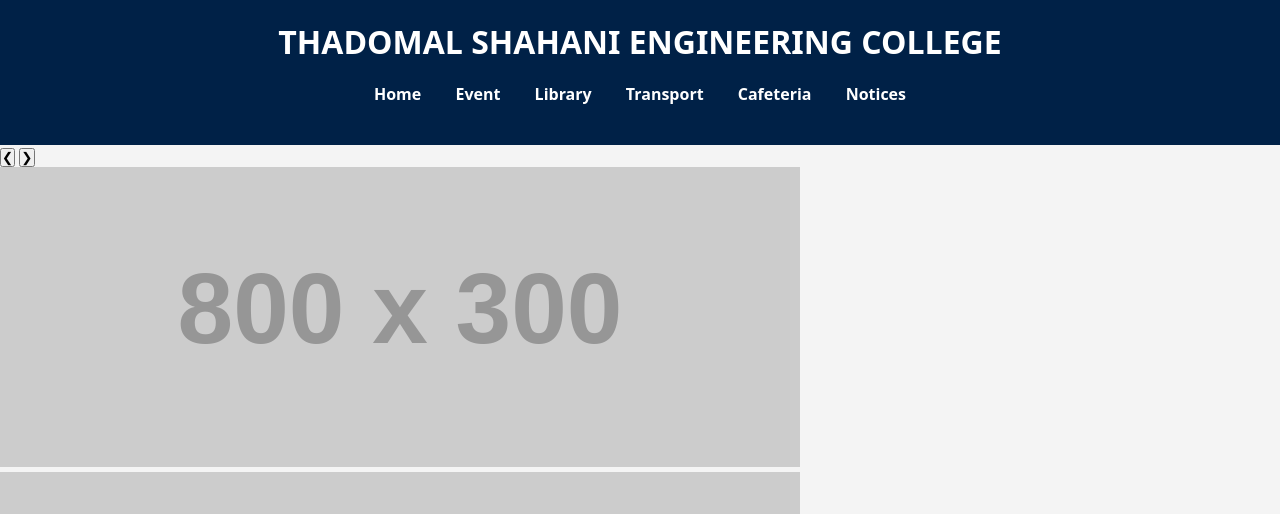
Repository: TejasS1233/MINITHON-hackathon-project
Page: Omar.html
These files come from the project's save history. The page is drawn as it stood at one moment and after the next save; the edit follows.
The browser window is 1280 px wide. The pictures show the part of the page from y = 0 to 514 px (the page is 2245 px tall before and 1308 px after).
A picture or video elsewhere on the page could not be fetched, so the positions and the page height are approximate.

Above is the page before, as saved 2024-09-20 10:05:18.

### Omar.html
<!DOCTYPE html>
<html lang="en">

<head>
    <meta charset="UTF-8">
    <meta name="viewport" content="width=device-width, initial-scale=1.0">
    <title>HOME | TSEC</title>
    <link rel="icon" href="favicon.ico" type="image/x-icon">
    <link rel="stylesheet" href="styles.css">
    <link rel="preconnect" href="https://fonts.googleapis.com">
    <link rel="preconnect" href="https://fonts.gstatic.com" crossorigin>
    <link
        href="https://fonts.googleapis.com/css2?family=Roboto:ital,wght@0,100;0,300;0,400;0,500;0,700;0,900;1,100;1,300;1,400;1,500;1,700;1,900&display=swap"
        rel="stylesheet">
    <style>
        body {
            font-family: system-ui, -apple-system, BlinkMacSystemFont, 'Segoe UI', Roboto, Oxygen, Ubuntu, Cantarell, 'Open Sans', 'Helvetica Neue', sans-serif;
            background-color: #f4f4f4;
            margin: 0;
            padding: 0;
        }

        header {
            background-color: #002147;
            color: white;
            padding: 20px;
            text-align: center;
        }

        nav {
            margin: 20px 0;
        }

        nav a {
            margin: 0 15px;
            color: #ffffff;
            font-weight: bold;
            text-decoration: none;
        }

        .container {
            width: 80%;
            margin: auto;
            padding: 20px;
            background: white;
            border-radius: 8px;
            box-shadow: 0 2px 10px rgba(0, 0, 0, 0.1);
        }

        a {
            color: #000000;
            text-decoration: none;
        }

        .card {
            background: #e7f3fe;
            border: 1px solid #b1d4fe;
            border-radius: 8px;
            margin: 20px 0;
            padding: 15px;
        }

        footer {
            text-align: center;
            padding: 10px 0;
            background-color: #002147;
            color: white;
            position: relative;
            bottom: 0;
            width: 100%;
        }
    </style>
</head>

<body>

    <header>
        <h1>THADOMAL SHAHANI ENGINEERING COLLEGE</h1>
        <nav>
            <a href="#">Home</a>
            <a href="#">Event</a>
            <a href="#">Library</a>
            <a href="#">Transport</a>
            <a href="#">Cafeteria</a>
            <a href="#">Notices</a>
        </nav>
    </header>

    <div class="slider">
        <button class="prev" onclick="changeSlide(-1)">&#10094;</button>
        <button class="next" onclick="changeSlide(1)">&#10095;</button>
        <div class="slides">
            <div class="slide"><img src="https://via.placeholder.com/800x300?text=Slide+1" alt="Slide 1"></div>
            <div class="slide"><img src="https://via.placeholder.com/800x300?text=Slide+2" alt="Slide 2"></div>
            <div class="slide"><img src="https://via.placeholder.com/800x300?text=Slide+3" alt="Slide 3"></div>
        </div>
    </div>

    <div class="container">
        <h2>Welcome to TSEC campus Dashboard</h2>

        <div class="card">
            <h3>Ongoing Events</h3>
            <h4><a href="#">➤ CSI - MINITHON 2.0</a></h4>
            <p>Build a front-end website from the ground up! - <span style="font-weight: bold;">20th September
                    2024</span></p>
            <h4><a href="#">➤ CSI - Rapid Room</a></h4>
            <p>Teams will solve clues leading to different locations - <span style="font-weight: bold;">20th September
                    2024</span></p>
            <h4><a href="#">➤ CSI - Escape Room</a></h4>
            <p>Solve puzzle and uncover secrets - <span style="font-weight: bold;">21st September 2024</span></p>
            <a href="#">View more...</a>
        </div>

        <div class="card">
            <h3>Upcoming Events</h3>
            <h4><a href="#">➤ TECHBRAIN x Valueye Tech - Mern Stack web dev</a></h4>
            <p>Don't miss this golden opportunity to level up your coding - <span style="font-weight: bold;">21st to
                    22nd September 2024</span></p>
            <h4><a href="#">➤ CodeStorm - Codeissance</a> <img style="display: inline-block;"
                    src="https://tsec.edu/wp-content/uploads/2018/06/new.gif"> </h4>
            <p>Codeissance is back, and its bigger, bolder and more electrifying than ever - <span
                    style="font-weight: bold;">27st September 2024</span></p>
            <h4><a href="#">➤ TSEC Student Council - Shazam</a> <img style="display: inline-block;"
                    src="https://tsec.edu/wp-content/uploads/2018/06/new.gif"> </h4>
            <p>Let the connections spark and games ignite! - <span style="font-weight: bold;">26th to 27th September
                    2024</span></p>
            <a href="#">View more...</a>
        </div>

    </div>
    </div>

    <footer>
        <p>&copy; 2024 Thadomal Shahani Engineering College. (TSEC). All Rights Reserved.</p>
    </footer>

</body>

</html>

### styles.css
/* Global Reset */
* {
    margin: 0;
    padding: 0;
    box-sizing: border-box;
}

/* Body Styling */
body {
    font-family: 'Arial', sans-serif;
    background-color: #f2f2f2; /* Light gray background */
    color: #333;
    padding: 20px;
}

/* Announcement Heading */
.announcement-heading {
    background-color: #333; /* Dark gray background for heading */
    color: #fff; /* White text color */
    padding: 20px 0;
    text-align: center;
    margin-bottom: 20px;
}

/* Announcement Grid */
.announcement-grid {
    display: grid;
    grid-template-columns: repeat(auto-fit, minmax(300px, 1fr));
    gap: 20px;
}

/* Individual Announcement */
.announcement {
    background-color: #fff; /* White background for announcements */
    padding: 20px;
    border-radius: 8px; /* Rounded corners */
    box-shadow: 0 4px 8px rgba(0, 0, 0, 0.1); /* Subtle box shadow */
    overflow: hidden;
}

.announcement h2 {
    font-size: 1.8em;
    margin-bottom: 10px;
    color: #333; /* Dark text color */
}

.announcement p {
    font-size: 1em;
    margin-bottom: 10px;
    color: #666; /* Slightly darker gray text color */
}

.cta-button {
    display: inline-block;
    background-color: #4CAF50; /* Green button */
    color: #fff; /* White text color */
    padding: 10px 20px;
    text-decoration: none;
    border-radius: 5px;
    margin-top: 10px;
    font-weight: bold;
    transition: background-color 0.3s ease;
}

.cta-button:hover {
    background-color: #45a049; /* Darker green on hover */
    cursor: pointer;
}

/* Footer Styling */
footer {
    text-align: center;
    padding: 20px 0;
    background-color: #333; /* Dark footer background */
    color: #fff; /* White text color */
    position: relative;
    width: 100%;
}

After the next save:
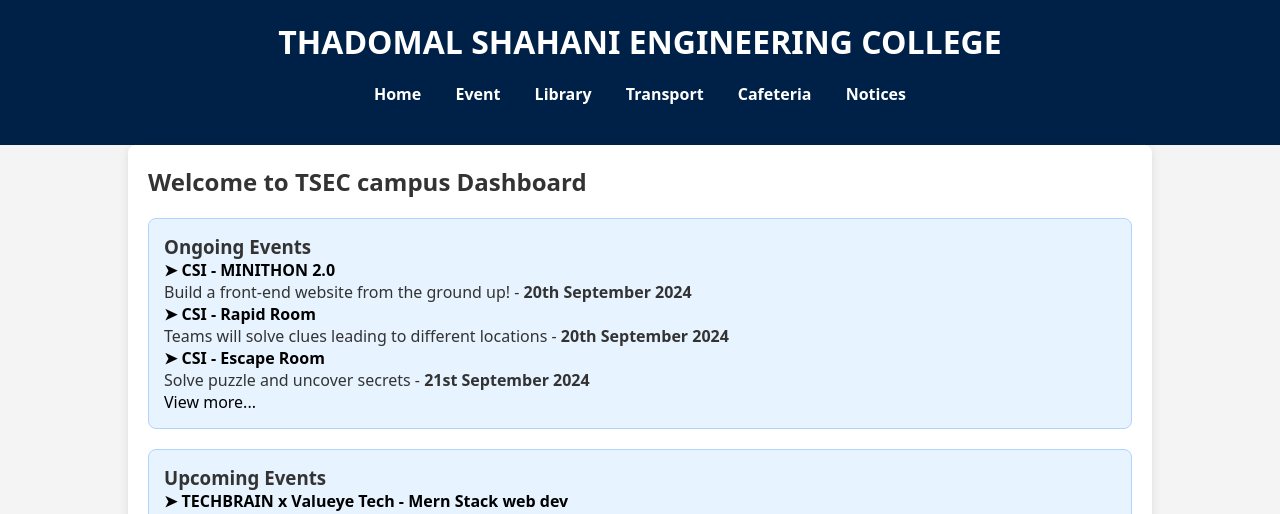
Saved 1 s later.
--- a/Omar.html
+++ b/Omar.html
@@ -86,15 +86,7 @@
         </nav>
     </header>
 
-    <div class="slider">
-        <button class="prev" onclick="changeSlide(-1)">&#10094;</button>
-        <button class="next" onclick="changeSlide(1)">&#10095;</button>
-        <div class="slides">
-            <div class="slide"><img src="https://via.placeholder.com/800x300?text=Slide+1" alt="Slide 1"></div>
-            <div class="slide"><img src="https://via.placeholder.com/800x300?text=Slide+2" alt="Slide 2"></div>
-            <div class="slide"><img src="https://via.placeholder.com/800x300?text=Slide+3" alt="Slide 3"></div>
-        </div>
-    </div>
+
 
     <div class="container">
         <h2>Welcome to TSEC campus Dashboard</h2>
